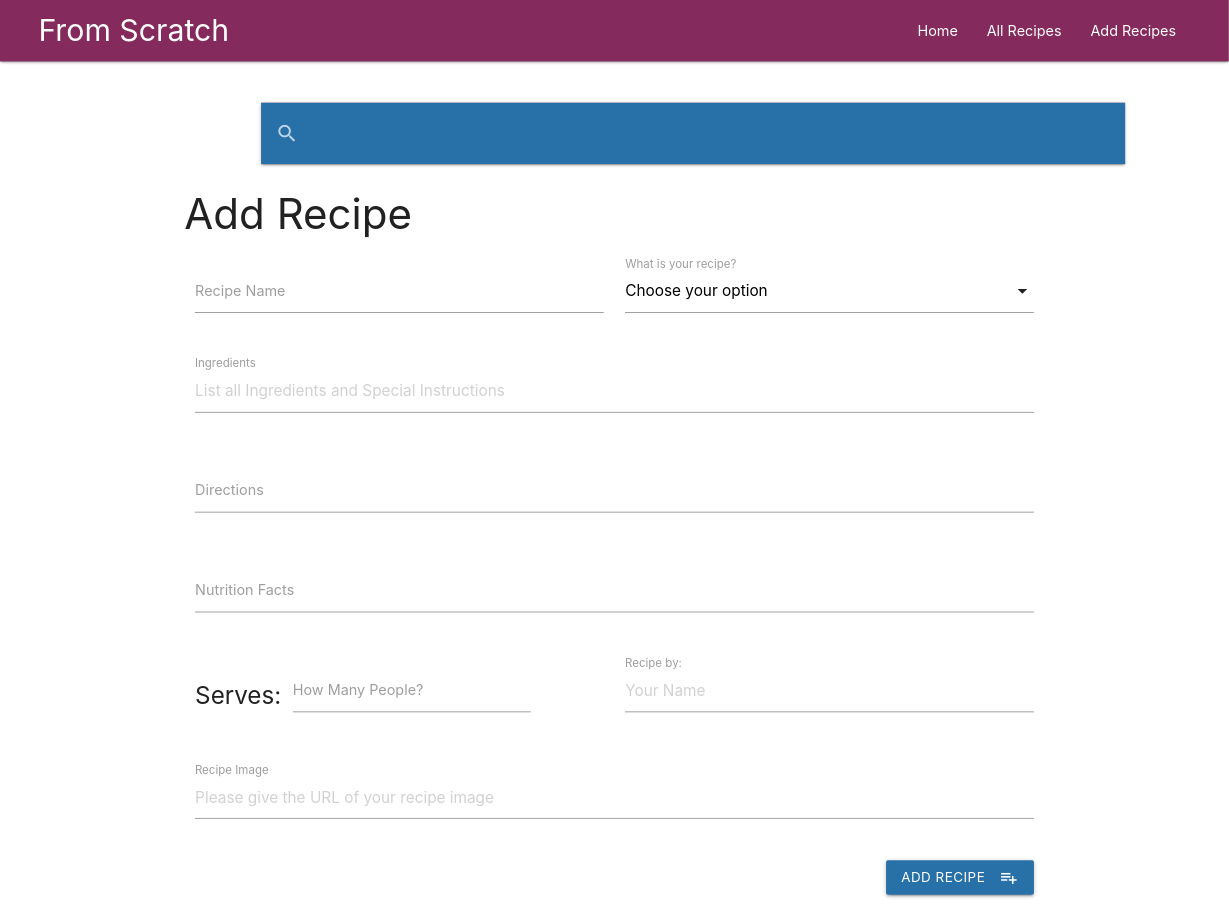
Repository: callendera/MilestoneProject3
Page: templates/recipe-home.html
The author's editor kept a record of every edit. The page is drawn from the files as they stood at one moment, then again after the next edit.
The browser window is 1280 px wide. The pictures show the whole page, at 96% of full size.
The page is served by the project's application, run on Flask 3 (recipe.py). The template is opened directly, without the code that normally fills it, so the values that code supplies are empty.

Above is the page before.

### templates/recipe-home.html
{% extends 'base.html' %} {% block content %}

<div  id="all-recipes"></div>
</br>

<div class="container flow-text">

    <div class="row recipe-row-margin">
        <nav class="my-search-bar-margin">
            <div class="nav-wrapper my-btn-color">
                <form>
                    <div class="input-field">
                        <input id="search" type="search" required>
                        <label class="label-icon" for="search"><i class="material-icons">search</i></label>
                        <i class="material-icons">close</i>
                    </div>
                </form>
            </div>
        </nav>
        {% for recipes in from_scratch %}
        <div class="col s6">
            <img class="materialboxed recipe-image" data-caption="{{recipes.recipe_name}}" src="{{recipes.recipe_image}}" alt="No Image Available">
            <p class="recipe-name-margin"><strong>{{recipes.recipe_name}}</strong></p>
        </div>
        {% endfor %}
    </div>


    <h3>Add Recipe</h3>
    <div class="row">
        <form class="col s12" action="{{ url_for('insert_recipe') }}" method='POST'>
            <div class="row">
                <div class="input-field col s6">
                    <input id="recipe_name" name="recipe_name" type="text" class="validate" required="" aria-required="true">
                    <label for="recipe_name">Recipe Name</label>
                </div>

                <div class="input-field col s6">
                    <select id="recipe_type" name="recipe_type" required="" aria-required="true">
                  <option value="" disabled selected>Choose your option</option>
                  <option value="1">Vegetarian</option>
                  <option value="2">Chicken</option>
                  <option value="3">Beef</option>
                  <option value="3">Vegan</option>
                  <option value="3">Fish</option>
                  <option value="3">Pork</option>
                </select>
                    <label>What is your recipe?</label>
                </div>
            </div>
            <div class="row">
                <div class="input-field col s12">
                    <input placeholder="List all Ingredients and Special Instructions" name="ingredients0" id="ingredients0" type="text" class="validate" required="" aria-required="true">
                    <label for="ingredients0">Ingredients</label>
                </div>
            </div>
            <div class="row">
                <div class="input-field col s12">
                    <input id="directions0" name="directions0" type="text" class="validate" required="" aria-required="true">
                    <label for="directions0">Directions</label>
                </div>
            </div>
            <div class="row">
                <div class="input-field col s12">
                    <input id="nutrition0" name="nutrition0" type="text" class="validate" required="" aria-required="true">
                    <label for="nutrition0">Nutrition Facts</label>
                </div>
            </div>
            <div class="row">
                <div class="col s6">
                    Serves:
                    <div class="input-field inline">
                        <input id="serves" name="serves" type="number" class="validate" required="" aria-required="true">
                        <label for="serves">How Many People? </label>

                    </div>
                </div>
                <div class="input-field col s6">
                    <input placeholder="Your Name" id="recipe_name" name="recipe_name" type="text" class="validate" required="" aria-required="true">
                    <label for="recipe_name">Recipe by:</label>
                </div>
            </div>
            <div class="row">
                <div class="input-field col s12">
                    <input placeholder="Please give the URL of your recipe image" id="recipe_image" name="recipe_image" type="text" class="validate">
                    <label for="recipe_image">Recipe Image</label>
                </div>
            </div>
            <button class="btn waves-effect waves-light right my-btn-color" type="submit" name="action">Add Recipe
            <i class="material-icons right">playlist_add</i>
         </button>
        </form>
        {% endblock %}
    </div>
</div>

### templates/base.html
<!DOCTYPE html>
<html>

<head>
    <link href="https://fonts.googleapis.com/icon?family=Material+Icons" rel="stylesheet">
    <!--link for Icons in Materialize-->

    <!--JQuery needs to be active before Materialize can render its' data-->

    <link rel="stylesheet" href="https://cdnjs.cloudflare.com/ajax/libs/materialize/1.0.0/css/materialize.min.css">
    <!--link to CSS in a static folder-->
    <link rel="stylesheet" href="{{url_for('static',filename='css/style.css')}}" type="text/css" />

    <title>From Scratch</title>
</head>

<body>
    <!--navbar is fixed at the top for UX-->
    <div class="navbar-fixed ">
        <nav class="transparent">
            <!--Unique class names are named based on their purpose-->
            <div class="nav-wrapper my-navbar-padding">
                <!--links to home page-->
                <a href="{{ url_for('get_recipes') }}" class="brand-logo">From Scratch</a>
                <!--triggers sidenav in mobile view-->
                <a data-target="mobile-nav" class="sidenav-trigger"><i class="material-icons">menu</i></a>
                <ul class="right hide-on-med-and-down">
                    <!--links to home page-->
                    <li><a href="{{ url_for('get_recipes') }}">Home</a></li>
                    <!--links to all recipes page-->
                    <li><a href="{{ url_for('all_recipes') }}">All Recipes</a></li>
                    <!--links to mdal to add recipe, triggers add_recipe function-->
                    <li><a class="modal-trigger" href="#modal1">Add Recipes</a></li>
                </ul>
            </div>
        </nav>
    </div>


    <ul class="sidenav" id="mobile-nav">
        <!--links to home page-->
        <li><a href="{{ url_for('get_recipes') }}">Home</a></li>
        <!--links to all recipes page-->
        <li><a href="{{ url_for('all_recipes') }}">All Recipes</a></li>
        <!--links to modal to add recipes, triggers add_recipe function-->
        <li><a class="modal-trigger" href="#modal1">Add Recipes</a></li>
    </ul>



    {% block content %}
    <!--contains any content needed for each page, this give a template for such-->
    {% endblock %}
    <!-- modal is used to add recipes-->
    <div id="modal1" class="modal scale-transition scale-out">
        <div class="modal-content">
            <h3>Add Recipe</h3>
            <div class="row">
                <!--action triggers insert recipe function to insert completed form into MongoDB-->
                <form class="col s12" action="{{ url_for('insert_recipe') }}" method='POST' onSubmit="alert('Thank You for Sharing your Recipe. View Below')">
                    <!--gives alert to confirm to the user that the recipe was added-->
                    <div class="row">
                        <div class="input-field col s6">
                            <!--ALL NAMES AND IDS MATCH THE MONGO DATABASE NAMES FOR CERTAIN ITEMS TO TRIGGER ITS PLACEMENT INTO THE DATABASE-->
                            <input id="recipe_name" name="recipe_name" type="text" class="validate" required="" aria-required="true">
                            <label for="recipe_name">Recipe Name</label>
                        </div>

                        <div class="input-field col s6">
                            <select id="recipe_type" name="recipe_type" required="" aria-required="true">
                  <option value="" disabled selected>Choose your option</option>
                  <option value="Vegetarian">Vegetarian</option>
                  <option value="Chicken">Chicken</option>
                  <option value="Beef">Beef</option>
                  <option value="Vegan">Vegan</option>
                  <option value="Fish">Fish</option>
                  <option value="Pork">Pork</option>
                </select>
                            <label>What is your recipe?</label>
                        </div>
                    </div>
                    <div class="row">
                        <div class="input-field col s12">
                            <input placeholder="List all Ingredients and Special Instructions" name="ingredients0" id="ingredients0" type="text" class="validate" required="" aria-required="true">
                            <label for="ingredients0">Ingredients</label>
                        </div>
                    </div>
                    <div class="row">
                        <div class="input-field col s12">
                            <input id="directions0" name="directions0" type="text" class="validate" required="" aria-required="true">
                            <label for="directions0">Directions</label>
                        </div>
                    </div>
                    <div class="row">
                        <div class="input-field col s12">
                            <input id="nutrition0" name="nutrition0" type="text" class="validate">
                            <label for="nutrition0">Nutrition Facts</label>
                        </div>
                    </div>
                    <div class="row">
                        <div class="col s6">
                            Serves:
                            <div class="input-field inline">
                                <input id="serves" name="serves" type="number" class="validate" required="" aria-required="true">
                                <label for="serves">How Many People? </label>

                            </div>
                        </div>
                        <div class="input-field col s6">
                            <input placeholder="Your Name" id="recipe_by" name="recipe_by" type="text" class="validate" required="" aria-required="true">
                            <label for="recipe_by">Recipe by:</label>
                        </div>
                    </div>
                    <div class="row">
                        <div class="input-field col s12">
                            <input placeholder="Please give the URL of your recipe image" id="recipe_image" name="recipe_image" type="text" class="validate">
                            <label for="recipe_image">Recipe Image</label>
                        </div>
                    </div>
                    <!--button triggers the insert function, and inserts new recipe to the database-->
                    <button class="btn waves-effect waves-light modal-close right my-btn-color" type="submit" name="action">Add Recipe
            <i class="material-icons right">add</i>
         </button>
                </form>
            </div>
        </div>
    </div>


    <script src="https://cdnjs.cloudflare.com/ajax/libs/jquery/3.4.1/jquery.min.js" integrity="sha256-CSXorXvZcTkaix6Yvo6HppcZGetbYMGWSFlBw8HfCJo=" crossorigin="anonymous"></script>
    <!-- Script for JQuery dom manipulation-->
    <script src="https://cdnjs.cloudflare.com/ajax/libs/materialize/1.0.0/js/materialize.min.js"></script>
    <!-- Script to use Materialize functionality-->

    <!--<script src='http://code.jquery.com/jquery-3.3.1.min.js'></script>-->
    <!--<script src='/javascripts/register.js'></script>-->
    <!-- Scripts to use Materialize functionality-->
    <!--scroll bar category picker in form script-->
    <script type="text/javascript">
        $(document).ready(function() {
            $('select').formSelect();

        });
    </script>
    <!--script to use side nav in mobile view-->
    <script type="text/javascript">
        $(document).ready(function() {
            $('.sidenav').sidenav();
        });
    </script>
    <!--for action button on view recipe page-->
    <script type="text/javascript">
        $(document).ready(function() {
            $('.fixed-action-btn').floatingActionButton();
        });
    </script>
    <!--to trigger modal-->
    <script type="text/javascript">
        $(document).ready(function() {
            $('.modal').modal();
        });
    </script>
</body>

</html>

### recipe.py
import os
from flask import Flask, render_template, redirect, request, url_for
from flask_pymongo import PyMongo
from bson.objectid import ObjectId
#sets up application for use with PyMongo, Flask, Bson file, and OS for the underlying operating system python is running on

app = Flask(__name__)
app.config["MONGO_DBNAME"] = 'from_scratch'
#creates link between Database and application
app.config["MONGO_URI"] = os.getenv("MONGO_URI")

mongo = PyMongo(app)

@app.route('/')

#from_scratch is my database, recipes is my collection within the database

@app.route('/get_recipes')
#function used to display recipes on home page
def get_recipes():
    from_scratch = mongo.db.recipes.find()
    return render_template( "recipehome.html", from_scratch=from_scratch)

@app.route('/all_recipes')
#function used to display all recipes on All recipes page
def all_recipes():
    from_scratch = mongo.db.recipes.find()
    return render_template( "allrecipes.html", from_scratch=from_scratch)

@app.route('/add_recipes')
#function that triggers the modal and insert_recipe function
def add_recipes():
    from_scratch = mongo.db.recipes.find()
    return render_template("recipehome.html")

@app.route('/insert_recipe', methods=['POST'])
def insert_recipe():
    from_scratch = mongo.db.recipes
    recipes = from_scratch.insert(request.form.to_dict())
    #after adding the recipe to the database it redirects the user to the newly added recipe to view the full recipe
    return redirect(url_for('view_recipe', recipe_id=recipes))

@app.route('/view_recipe/<recipe_id>')
#function allows user to view the recipe details page, displays full recipe
def view_recipe(recipe_id):
    return render_template('recipedetails.html', from_scratch=mongo.db.recipes.find({'_id': ObjectId(recipe_id)}))


@app.route('/edit_recipe/<recipe_id>')
#function that triggers the edit recipe page, must call on particular Object id to trigger specific item in database
def edit_recipe(recipe_id):
    the_recipe =  mongo.db.recipes.find_one({'_id': ObjectId(recipe_id)})
    return render_template('editrecipe.html', recipes=the_recipe)

@app.route('/update_recipe/<recipe_id>', methods=["POST"])
#function that allows the user to update the recipe in the database, must call on particular Object id to trigger specific item in database
def update_recipe(recipe_id):
    from_scratch = mongo.db.recipes
    recipes = from_scratch.update( {'_id': ObjectId(recipe_id)},
    {
        #gives the specifics of what is being updated below
        'recipe_name':request.form.get('recipe_name'),
        'recipe_type':request.form.get('recipe_type'),
        'ingredients0': request.form.get('ingredients0'),
        'directions0': request.form.get('directions0'),
        'nutrition0':request.form.get('nutrition0'),
        'serves':request.form.get('serves'),
        'recipe_by':request.form.get('recipe_by'),
        'recipe_image':request.form.get('recipe_image')
    })
    #after updating the recipe it redirects the user to the now updated recipe
    return redirect(url_for('view_recipe', recipe_id=recipe_id))

@app.route('/delete_recipe/<recipe_id>')
#function located in the modal to delete the recipe
def delete_recipe(recipe_id):
    mongo.db.recipes.remove({'_id': ObjectId(recipe_id)})
    return redirect(url_for('get_recipes'))

@app.route('/search_box/', methods=['POST', 'GET'])
def search_box():
    search_term = request.form['search_text']
    print("def search_box | var search term = " + search_term)
    if (search_term != ''):
         return redirect(url_for('search_results', search_text=search_term))
    else:
        return render_template('allrecipes.html', from_scratch=mongo.db.recipes.find())




@app.route('/search_results<search_text>')
def search_results(search_text):
    mongo.db.recipes.create_index([("$**", 'text')])
    search_results = mongo.db.recipes.find({'$text': {'$search': search_text}})
    return render_template('searchrecipe.html', recipes=search_results)


if __name__ == '__main__':
    app.run(host=os.environ.get('IP'),
            port=int(os.environ.get('PORT')),
            debug=True)
#So they know how and where to run application

### static/css/style.css
.recipe-image {
     /*---gives the div surrounding the image style as to not stretch the image---*/
    height: 300px;
    width: 400px;
    padding: 20px;
    padding-bottom: 0px;
    margin-top: 20px;
}

.recipe-title-top-margin {
    /*--- pushes the recipe title down in view full recipe image page ---*/
    margin-top: 100px;
}

.recipe-name-margin {
     /*--- adjusts space around recipe name on recipe home page ---*/
    margin-top: 0px;
}

.view-recipe-container-margin {
     /*--- Puts space between bottom of page and end of full recipe on view recipe page ---*/
    margin-bottom: 60px;
}

.background-callout {
    /*--- FOR ALL BACKGROUND CONTAINERS sets background image for callout container.
    it is set to not repeat, so the image doesnt stretch, and the image will be centered horizontally and
    pushed to the top of the container. the background will also not scroll, but remained positioned so things will scroll past it---*/
    background: url(../images/home.jpg)no-repeat center center fixed;
    -webkit-background-size: cover;
    -moz-background-size: cover;
    -o-background-size: cover;
    background-size: cover;
    overflow: hidden;
    align-items: center;
    justify-content: center;
    height: 40vh;
}


.callout-text-background-color {
    /*--- gives slightly transparent background for text in callout on home page, also provides spacing for words ---*/
    text-align: center;
    background-color: #7c1a50a3;
    color: white;
    height: 300px;
    margin-top: 400px;


}

.view-recipe-image {
    /*--- pushes the image for the selected recipe down from navbar on view recipe page ---*/
    padding-top: 50px;
}

.recipe-row-margin {
    /*--- centers the for-loop of recipes on home page and on the all recipes page ---*/
    margin-left: 80px;
}

.my-navbar-padding {
    /*--- gives padding to the navbar so it is not right on the border of the screen ---*/
    padding-left: 40px;
    padding-right: 40px;
    background-color: #7c1a50ed;
}

.my-btn-color {
    background-color: #2870a8;
}

.my-btn-color:hover {
    background-color: #2870a8cf;
    /*--- when mouse is hovered the button will transition for
    .40seconds the color will gradually ease in and then ease out. ---*/
    transition: all 0.40s ease-in-out;
    -moz-transition: all 0.40s ease-in-out;
    -webkit-transition: all 0.40s ease-in-out;
    -o-transition: all 0.40s ease-in-out;
    /*--- adjustments for each web browser ---*/
}


.my-link-color {
    color: #3384d8;
}

.font-color {
    color: white;
}

.my-search-bar-margin {
    /*--- adjusts size of the search bar ---*/
    margin-top: 20px;
}

/*---Media Queries---*/

/*--- adjustemnts for different screensizes,
    small-->big all features tested on google chrome inspect ---*/

@media (min-width: 576px) {
    .callout-text-background-color {
        /*--- provides adjusted spacing for words ---*/
        margin-top: 200px;
        ;
    }

}

@media (min-width: 768px) {
    .background-callout {

        background: url("../images/home.jpg")no-repeat center center fixed;
        /*--- adjusts background for different browsers ---*/
        -webkit-background-size: cover;
        -moz-background-size: cover;
        -o-background-size: cover;
        background-size: cover;

        /*--- makes the background fit to the container ---*/
        overflow: hidden;

        /*--- aligns and justifies text in container ---*/
        align-items: center;
        justify-content: center;
        /*--- the height that container will take up in the viewport ---*/
        height: 60vh;
    }
    .callout-text-background-color {
        /*--- provides adjusted spacing for words ---*/
        margin-top: 50px;
        ;
    }

     .my-search-bar-margin {
         /*--- adjusts length of search bar ---*/
    width: 840px;
    }

     .recipe-row-margin {
         /*--- adjusts centering of the for-loop of recipes to have no left-margin ---*/
    margin-left: 0px;
    }

}

@media (min-width: 992px) {
    .background-callout {

        background: url("../images/home.jpg")no-repeat center center fixed;
        /*--- adjusts background for different browsers ---*/
        -webkit-background-size: cover;
        -moz-background-size: cover;
        -o-background-size: cover;
        background-size: cover;

        /*--- makes the background fit to the container ---*/
        overflow: hidden;

        /*--- aligns and justifies text in container ---*/
        align-items: center;
        justify-content: center;
        /*--- the height that container will take up in the viewport ---*/
        height: 60vh;
    }
    .callout-text-background-color {
        /*--- provides adjusted spacing for words ---*/
        margin-top: 90px;
        ;
    }
    .my-search-bar-margin {
        /*--- adjusts length of search bar ---*/
    width: 850px;
    }
    .recipe-row-margin {
      /*--- adjusts centering of the for-loop of recipes to have no left-margin ---*/
    margin-left: 0px;
    }


}

@media (min-width: 1200px) {
    .background-callout {

        background: url("../images/foods.jpg")no-repeat center center fixed;
        /*--- adjusts background for different browsers ---*/
        -webkit-background-size: cover;
        -moz-background-size: cover;
        -o-background-size: cover;
        background-size: cover;

        /*--- makes the background fit to the container ---*/
        overflow: hidden;

        /*--- aligns and justifies text in container ---*/
        align-items: center;
        justify-content: center;
        /*--- the height that container will take up in the viewport ---*/
        height: 70vh;
    }
    .callout-text-background-color {
        /*--- provides adjusted spacing for words ---*/
        margin-top: 70px;
        ;
    }

    .my-search-bar-margin {
        /*--- adjusts length of search bar ---*/
    width: 900px;
    }
    .recipe-row-margin {
        /*--- adjusts centering of the for-loop of recipes to have no left-margin ---*/
    margin-left: 80px;
}

}

After the next edit:
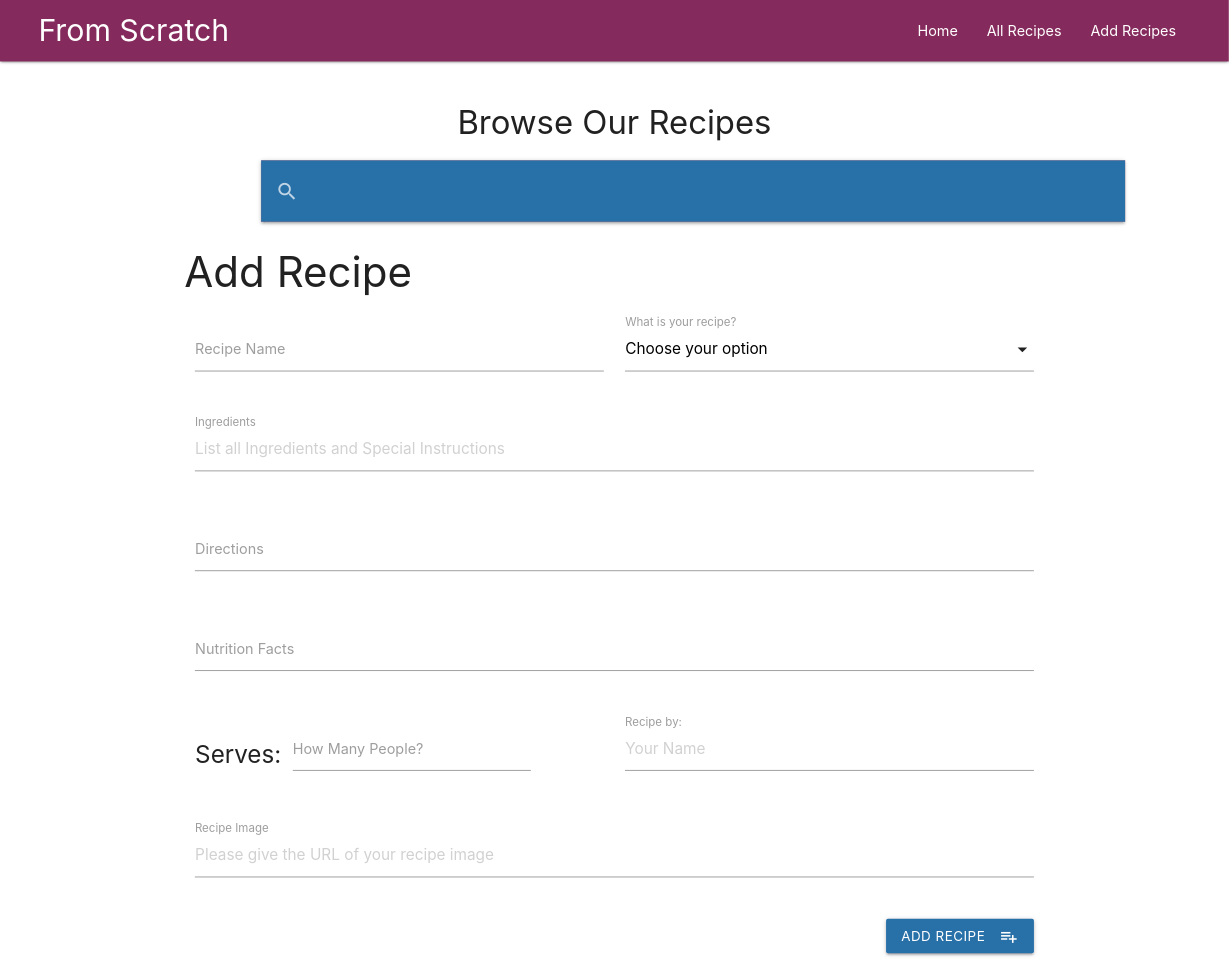
The edit:
--- a/templates/recipe-home.html
+++ b/templates/recipe-home.html
@@ -4,7 +4,7 @@
 </br>
 
 <div class="container flow-text">
-
+    <h4 class="center">Browse Our Recipes</h4>
     <div class="row recipe-row-margin">
         <nav class="my-search-bar-margin">
             <div class="nav-wrapper my-btn-color">
